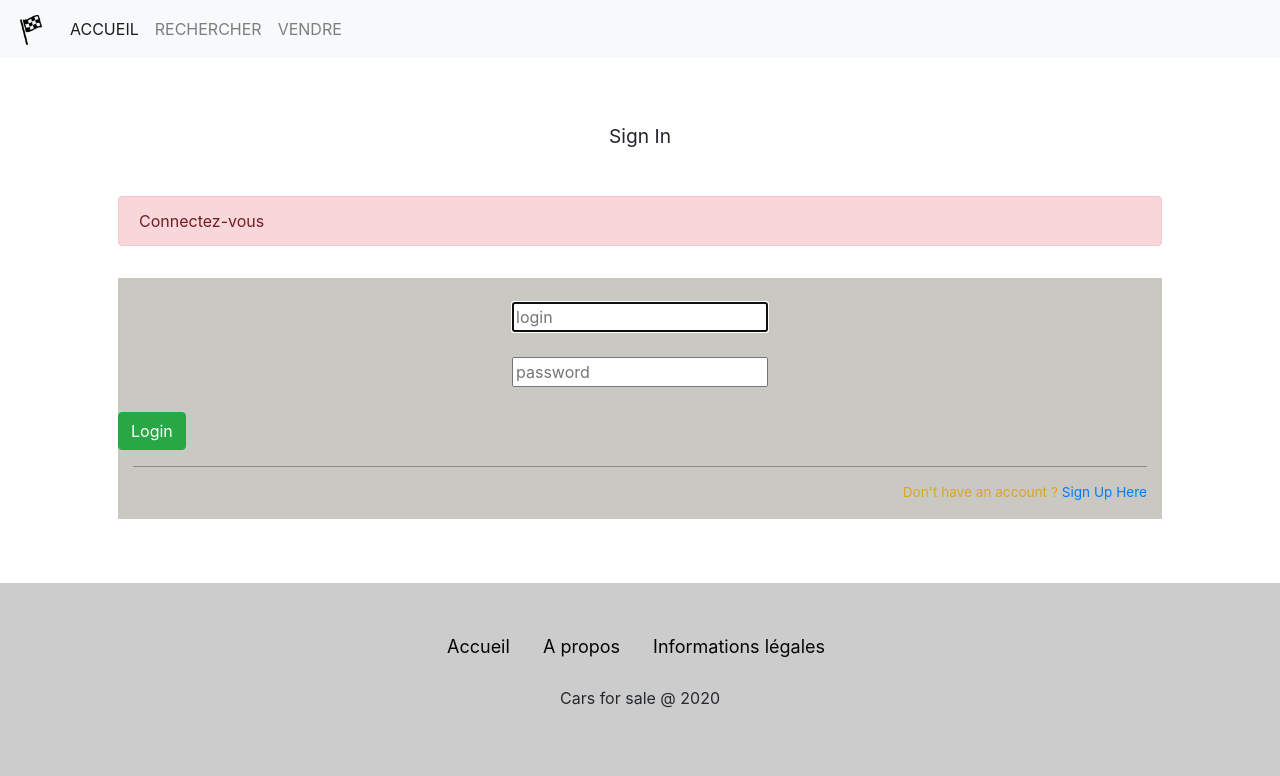
Repository: JonasvanHoorebeke/node_project_carforsale_final
Page: http://localhost/login/now
An editor plug-in stored every save of this project. The page is shown before and after the next save, followed by the edit.
The browser window is 1280 px wide. The pictures show the whole page.
The page is served by the project's Node server (server.js). Other server files are loaded and not shown.

Above is the page before, as saved 2020-08-26 10:37:21.

### views/index.ejs

<%- include('header.ejs') %>
<body>
        <div class="container p-5">
            <div class="panel panel-info" >
                    <div class="panel-heading">
                        <div class="introsignup">Sign In</div>
                    </div>
                    <div style="padding-top:30px">
                        <% if (message.length > 0) { %>
                            <div class="alert alert-danger col-sm-12"><%= message %></div>
                <% } %>
                        <form id="loginform" role="form" method="post" action="/login"></br>
                            <div class="infologin">
                                        <input type="text"  name="login" value="" placeholder="login" aria-label="pseudo" autofocus>
                                    </div>
                            <div class="infologin">
                                        <input type="password"  name="password" placeholder="password" aria-label="mot de passe">
                                    </div>
                            <div class="infologin">
                                    </div>
                                <div style="margin-top:10px" class="form-group">
                                    <!--bouton-->
                                    <div class="login">
                                      <button id="login" type="submit" class="btn btn-success">Login  </button>
                                    </div>
                                </div>
                                <div class="form-group">
                                    <div class="col-md-12 control">
                                        <div class="pascompte" > Don't have an account ? <a href="/signup">Sign Up Here</a>
                                        </div>
                                    </div>
                                </div>
                            </form>
                        </div>
                    </div>
        </div>
    </div>
    <%- include('footer.ejs') %>

### views/header.ejs
<!DOCTYPE html>
<html lang="fr">

<head>
  <title>Cars for sale - Véhicules d'occasion</title>
  <meta charset="utf-8">
  <meta name="viewport" content="width=device-width, initial-scale=1.0">
  <link href="/css/style.css" rel="stylesheet" type="text/css">
  <link rel="stylesheet" href="https://maxcdn.bootstrapcdn.com/bootstrap/4.3.1/css/bootstrap.min.css">
  <script type="text/javascript" src="../scripts/scriptindex.js"></script>
  <script src="https://ajax.googleapis.com/ajax/libs/jquery/3.4.1/jquery.min.js"></script>
  <script src="https://maxcdn.bootstrapcdn.com/bootstrap/4.3.1/js/bootstrap.min.js"></script>
  <link rel="stylesheet" href="https://stackpath.bootstrapcdn.com/bootstrap/4.4.1/css/bootstrap.min.css" integrity="sha384-Vkoo8x4CGsO3+Hhxv8T/Q5PaXtkKtu6ug5TOeNV6gBiFeWPGFN9MuhOf23Q9Ifjh" crossorigin="anonymous">
    <!-- Plugin JS, jQuery Bootstrap -->
    <script src="https://code.jquery.com/jquery-3.5.1.slim.min.js" integrity="sha384-DfXdz2htPH0lsSSs5nCTpuj/zy4C+OGpamoFVy38MVBnE+IbbVYUew+OrCXaRkfj" crossorigin="anonymous"></script>
    <script src="https://cdn.jsdelivr.net/npm/popper.js@1.16.0/dist/umd/popper.min.js" integrity="sha384-Q6E9RHvbIyZFJoft+2mJbHaEWldlvI9IOYy5n3zV9zzTtmI3UksdQRVvoxMfooAo" crossorigin="anonymous"></script>
    <script src="https://stackpath.bootstrapcdn.com/bootstrap/4.5.0/js/bootstrap.min.js" integrity="sha384-OgVRvuATP1z7JjHLkuOU7Xw704+h835Lr+6QL9UvYjZE3Ipu6Tp75j7Bh/kR0JKI" crossorigin="anonymous"></script>

</head>
<body>
    <!--<nav class="navbar navbar-expand-sm navbar-light bg-light">
        <div class="container"><a class="skinfarmers" src="css/cars-for-sale-logo.png" width="30" height="30" alt="Logo de Cars for sale">></a><button data-toggle="collapse" class="navbar-toggler" data-target="#navcol-1"><span class="sr-only">Toggle navigation</span><span class="navbar-toggler-icon"></span></button>
            <div class="collapse navbar-collapse"
                id="navcol-1">
                <ul class="nav navbar-nav ml-auto">
                    <li role="presentation"><a class="navboutonergo" href="/annonce/add">Ajouter une annonce</a></li>
                    <li role="presentation"><a class="navbouton" href="#">Fonctionnement</a></li>
                    <li role="presentation"><a class="navbouton" href="/signup/now">S'inscrire</a></li>
                    <li role="presentation"><a class="navbouton" href="/profil">Profil</a></li>
                    <li role="presentation"><a class="navbouton" href="/logout">Déconnexion</a></li>
                    <li role="presentation"><a class="navbouton" href="/cart">cart</a></li>
                    <li><a href="/cart" class="cartlogo"><img src="/css/ttt.png" alt="bouton panier" style="max-width: 39px;"></a></li>
                </ul>
            </div>
        </div>
    </nav>-->

    <nav class="navbar navbar-expand-sm navbar-light bg-light">
        <a class="navbar-brand" href="/">
          <img src="css/cars-for-sale-logo.png" width="30" height="30" alt="Logo de Cars for sale">
        </a>
        <button class="navbar-toggler" type="button" data-toggle="collapse" data-target="#navbarNav" aria-controls="navbarNav" aria-expanded="false" aria-label="Toggle navigation">
          <span class="navbar-toggler-icon"></span>
        </button>
        <div class="collapse navbar-collapse" id="navbarNav">
          <ul class="navbar-nav">
            <li class="nav-item active">
              <a class="nav-link" href="/">ACCUEIL</a>
            </li>
            <li class="nav-item">
              <a class="nav-link" href="/">RECHERCHER</a>
            </li>
            <li class="nav-item">
              <a class="nav-link" href="/annonce/add">VENDRE</a>
            </li>
          </ul>
        </div>
      </nav>

### views/footer.ejs
<!DOCTYPE html>
<html lang="fr">
<head>
  <title></title>
  <meta charset="utf-8">
  <meta name="viewport" content="width=device-width, initial-scale=1.0">
  <link rel="stylesheet" href="https://stackpath.bootstrapcdn.com/bootstrap/4.4.1/css/bootstrap.min.css" integrity="sha384-Vkoo8x4CGsO3+Hhxv8T/Q5PaXtkKtu6ug5TOeNV6gBiFeWPGFN9MuhOf23Q9Ifjh" crossorigin="anonymous">
  <link href="/css/style.css" rel="stylesheet" type="text/css">
  <link rel="stylesheet" href="https://maxcdn.bootstrapcdn.com/bootstrap/4.3.1/css/bootstrap.min.css">
</head>
<div id="page">
  <div class="footerr">
      <footer>
          <ul class="boutonfooter">
              <li class="bouton"><a href="/">Accueil</a></li>
              <li class="bouton"><a href="#">A propos</a></li>
              <li class="bouton"><a href="/infoleg">Informations légales</a></li>
          </ul>
      </br>
          <p class="copyright">Cars for sale @ 2020</p>
      </footer>
  </div>
</div>
</body>
</html>

### server.js
const path = require('path');
const express = require('express');
const ejs = require('ejs');
const bodyParser = require('body-parser');
const mysql = require('mysql');
const app = express();
const http = require('http');
const mysqlConnection = require("./connection.js");
var router = express.Router();
var session = require('express-session');
var cookieParser = require('cookie-parser');



//set views file
app.set('views',path.join(__dirname,'views'));

//set view engine
app.set('view engine', 'ejs');
app.use(bodyParser.json());
app.use(bodyParser.urlencoded({ extended: false }));
app.use(cookieParser());
app.use(session({
  secret: 'secret',
  resave: false,
  saveUninitialized: true
}))
app.use(express.static(__dirname + '/public')) //pour utiliser le css en local (fichiers statiques)



//app.use('/', routesUsers);
let routesUsers = require("./routes/routesAnnonces");
app.use('/', routesUsers);
// Server Listening
app.listen(3000, () => {
    console.log('I am feeling great on port 3000');
});

### controllers/usersControllers.js
const mysqlConnection = require("../connection.js");
var User = require('../models/userCompte.js');

// POUR SE CONNECTER AU SITE WEB PAR SESSION
exports.login = function(req, res){
   var message = '';
   var sess = req.session;
   let data = {login: req.body.login, password: req.body.password};
   var login = req.body.login;
   var password = req.body.password;
   let sql="SELECT iduser, login, telephone, password FROM `users` WHERE `login`='"+login+"' and password = '"+password+"'";
   let query = mysqlConnection.query(sql, data,(err, results)=>{
          if(results.length){
             req.session.id = results[0].iduser;
             req.session.role = results[0].role;
             req.session.users = results[0];
             console.log(results[0].iduser);
             res.redirect('/');
             message = 'Login réussi !';
          }
          else{
             message = 'Mauvaises informations.';
             res.render('index.ejs',{message: message});
          };
      });
};

//POUR SE DIRIGER VERS LA PAGE DE LOGIN
exports.loginNow = function(req, res){
   res.render('index.ejs', {
      message : "Connectez-vous"
   });
};

// POUR S'INSCRIRE SUR LE SITE WEB
exports.signup = function (req, res) {
   let user = new User(req.body.iduser, req.body.login, req.body.telephone, req.body.password);
   console.log(user);
   mysqlConnection.query("INSERT INTO users SET?",
       user, function (err, results) {
           if (err) {
               res.status(400).send(error);
           } else {
               res.status(200).redirect('/');
           }
       });
   };
// POUR AFFICHER LA PAGE D'INSCRIPTION
exports.signupNow = function(req, res){
   res.render('regist.ejs', {
      message : "Inscrivez-vous"
   });
};

// POUR SE DECONNECTER DU SITE WEB
exports.logout = function(req,res){
   req.session.destroy(function(err){
       if(err){
           console.log(err);
       }
       else
       {
           res.redirect('/');
       }
   });
 };
// POUR AFFICHER LES INFORMATIONS DE SON PROFIL ET LES MODIFIER
exports.profilUpdate = function (req, res) {
   const id = req.params.id;
   let sql = `Select * from users where iduser = ${id}`;
   let query = mysqlConnection.query(sql,(err, result)=>{
       if(err) throw err;
       res.render('profilupdate.ejs',{
           title : 'Modifiez vos informations personnelles',
           users : result[0]
       });
   });
};

// POUR UPDATE LES INFORMATIONS DU PROFIL
exports.updateProfil = function (req, res) {
   let user = new User(req.body.iduser, req.body.login, req.body.telephone, req.body.password);
   console.log(user);
   mysqlConnection.query("update users SET login='"+req.body.login+"', telephone='"+req.body.telephone+"', password='"+req.body.password+"' where iduser ="+req.body.iduser,
       [user, req.body.iduser], function (err, results) {
           if (err) {
               console.log(error);
               res.status(400).send(error);
           } else {
               res.status(202).redirect('/profil');
           }
       })
};

//POUR AFFICHER LE PROFIL
exports.profil = function(req, res, next){
	var users =  req.session.users,
	iduser = req.session.iduser;

	if(iduser == null){
		res.redirect("/login/now");
		return;
	}

	 let sql="SELECT * FROM users WHERE `iduser`='"+id+"'";

	   mysqlConnection.query(sql, function(err, results){

		   console.log(results);

		   res.render('profile.ejs', {users:users});

		});
};

### connection.js
const mysql = require("mysql");

var mysqlConnection = mysql.createConnection({
    host : "localhost",
    user : "root",
    password : "root",
    database : "db_carforsale",
    multipleStatements : true
});

mysqlConnection.connect((err)=>{
    if(!err)
        {
            console.log("Database connected <3");
        }
    else
        {
            console.log("Something went wrong with the database :( ");
        }
})

module.exports = mysqlConnection;

### public/css/style.css
body
{
    background-color: grey;
}


/* Gérer la couleur des liens/boutons */

nav a:link {
    text-decoration : none;
}

nav a:hover {
    color : rgb(0, 0, 0);
}

nav a:active {
    text-decoration: none;
}

nav a:visited{
    text-decoration : none;
}

.boutonfooter {
        padding-left: 0px;
        list-style: none;
      }

.footerr {
        padding: 50px 0;
        background-color: #cbcbcb;
        color: ; /*gère la couleur du copyright en bas*/
        text-align: center;
        opacity: 98%;
        left : 0;
        bottom : 0;
        width: 100%;
      }

.footerr ul {
        padding: 0;
        list-style: none;
        text-align: center;
        font-size: 18px;
        line-height: 1.6;
        margin-bottom: 0;
      }

.footerr li {
        padding: 0 10px;
      }



ul {
        margin-top: 0;
        margin-bottom: 1rem;
      }

.bouton {
    margin-right: .5rem;
    display: inline-block;
}

.intro {
    text-align: center;
    background-color: #b0b0b0;
    font-size: 20px;
    opacity: 80%;
    border-radius: 5px 5px 5px 5px;
    width: 75%;
    height: 10%;
    display: block;
    margin-left: auto;
    margin-right: auto;
    border-radius: 5px 5px 5px 5px;
    box-shadow: 12px 15px 20px 0px rgba(46,61,73,0.15);
}

nav {
    background-attachment: fixed;
    background-size: cover;
    opacity: 98%;
}


nav a { /*gère le logo skinfarmerz*/
    color: #d3d3d3;
}

.boutonheader {
    list-style: none;
    display : inline;
}

ul.boutonheader {
    list-style: none;
    display : inline-flex;
}


.container {
    width: 100%;
    padding-right: 15px;
    padding-left: 15px;
    margin-right: auto;
    margin-left: auto;
}
.skinfarmers {
    display: inline-block;
    padding-top: .3125rem;
    padding-bottom: .3125rem;
    margin-right: 1rem;
    font-size: 1.25rem;
    line-height: inherit;
    white-space: nowrap;
}

.navbouton {
    display: block;
    padding: .5rem 1rem;
    color: goldenrod;
}

.navboutonergo {
    display: block;
    padding: .5rem 1rem;
    color: goldenrod;
}

ul.boutonfooter a {
    color: rgb(0, 0, 0)!important;
}

form {
    margin-top: 2em;
    background-color: #cac8c2;
}


#Lesskins {
    border-radius: 10px;
    margin-bottom: 200px;
    min-height: 400px;
}

.titreadd {
    color: #282536;
}

.titreproduit {
    text-align: center;
    color: #282536;
    background-color: #241e2d;
}

.cartt {
    text-align: center;
    background-color: #282536;
}

.introcart {
    text-align: center;
    background-color: #282536;
    color: #c1c1c1;
}

.itemm {
    display: block;
    color: #c1c1c1;
    padding-top: 1rem;
}

.nomskin {
    color: goldenrod;
}


.textintroregister {
    text-transform: uppercase;
    text-align: center;
    margin-bottom: 5rem;
}

.infos {
    display: block;
}

.listtt {
    display: block;
    text-align: center;
}

#loginbox {
    text-align: center;
}

.introsignup {
    font-size: larger;
    border-top: black solid;
    border-bottom: black solid;
    text-align: center;
    padding-top: 1rem;
    padding-bottom: 1rem;
    border: 2rem;
}

#infoleg {
    font-size: smaller;
}

.pascompte {
    border-top: 1px solid#888;
    color: goldenrod;
    padding-top:15px;
    font-size:85%;
    padding-bottom: 1rem;
    text-align: right;
}

.infologin {
    margin-bottom: 25px;
    text-align: center;
}

.infosignup {
    margin-bottom: 25px;
    width: 35%;
}

.infosignupdescription {
    margin-bottom: 25px;
    width: 50%;
}

.nomdescases {
    padding-left: 1rem;
}

.cases {
    display: block;
    width: 100%;
    background-color: #fff;
    border: 1px solid #ced4da;
    border-radius: .25rem;
}

.navigation1 {
    padding: .5rem 1rem;
    flex-flow: row nowrap;
    justify-content: flex-start;
}

input.cases {
    text-align: center;
}

.imgskin {
    max-width : 350px;
}

.imageskin {
    display: flex;
	justify-content: center;
	align-items: center;
}

.espacement {
	margin-right: 20px;
}

.prixjeu {
    background-color: #8296c7;
    opacity: 90%;

}

.introitempage {
        font-size: larger;
        background-color: #282536;
        opacity: 80%;
        border-top: black solid;
        border-bottom: black solid;
        color: rgb(255, 255, 255);
        text-align: center;
        padding-top: 1rem;
        padding-bottom: 1rem;
        border: 2rem;
}

.cards-annonces {
        margin: 20px;

}

.col-sm {
        text-align: center;
        color: #000;
        font-size: 14px;
}

.col-sm-7{
    border-radius: 5px 5px 5px 5px;
    box-shadow: 12px 15px 20px 0px rgba(46,61,73,0.15);
}

.bouttons-annonces {
        text-align: center;

}

.card-prix{
    padding-left: 10px ;

}
/*.navbari {
    flex-flow: row nowrap;
    justify-content: flex-start;
    position: relative;
    display: flex;
    align-items: center;
    padding: .5rem 1rem;
}

*, ::after, ::before {
    box-sizing: border-box;
}

### scripts/scriptindex.js
function Recherche() {

    var input, filter, table, tr, td, i, txtValue;
    input = document.getElementById("Larecherche");
    filter = input.value.toUpperCase();
    table = document.getElementById("Lesskins");
    tr = table.getElementsByTagName("tr");

    // Boucle qui passe toute les lignes de la liste et qui cachent ceux qui correspondent pas à la recherche
    for (i = 0; i < tr.length; i++) {
      td = tr[i].getElementsByTagName("td")[0];
      if (td) {
        txtValue = td.textContent || td.innerText;
        if (txtValue.toUpperCase().indexOf(filter) > -1) {
          tr[i].style.display = "";
        } else {
          tr[i].style.display = "none";
        }
      }
    }
  }

After the next save:
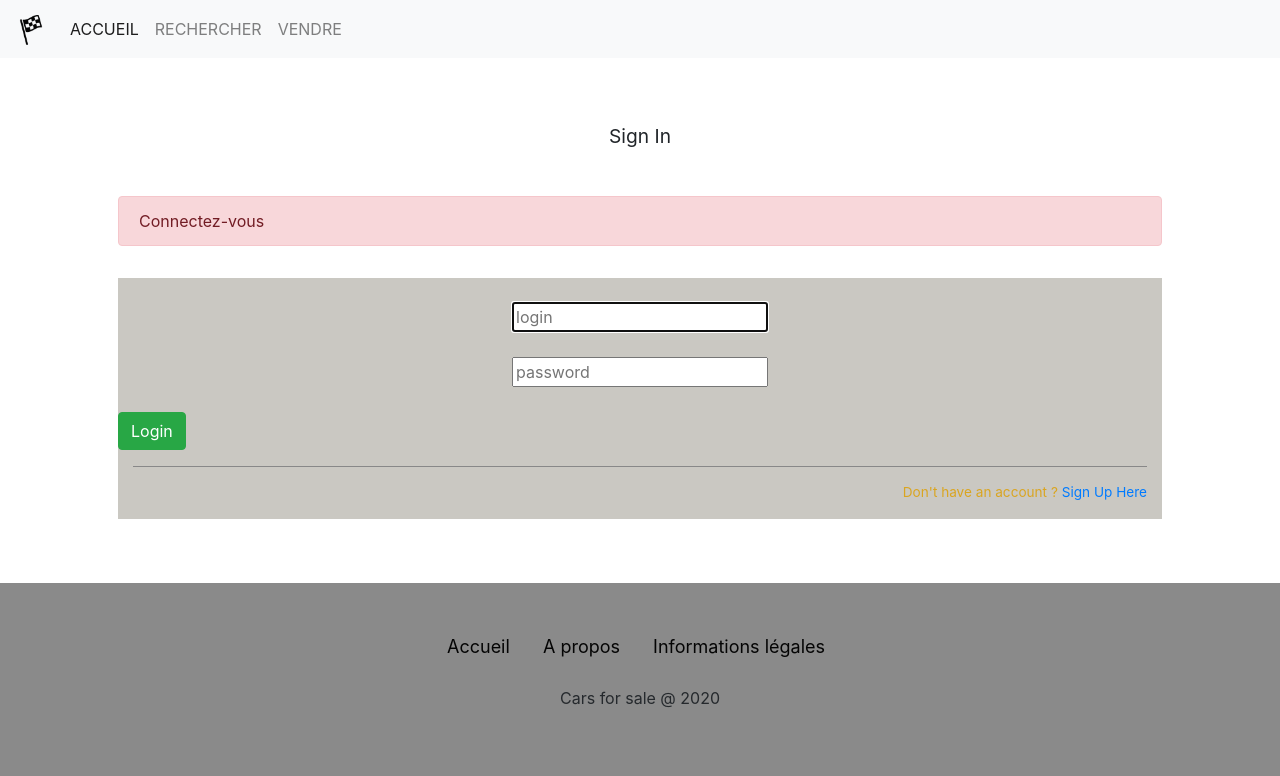
Saved 41 s later.
--- a/public/css/style.css
+++ b/public/css/style.css
@@ -29,8 +29,7 @@ nav a:visited{
 
 .footerr {
         padding: 50px 0;
-        background-color: #cbcbcb;
-        color: ; /*gère la couleur du copyright en bas*/
+        background-color: #888;
         text-align: center;
         opacity: 98%;
         left : 0;
@@ -50,8 +49,6 @@ nav a:visited{
 .footerr li {
         padding: 0 10px;
       }
-
-
 
 ul {
         margin-top: 0;
